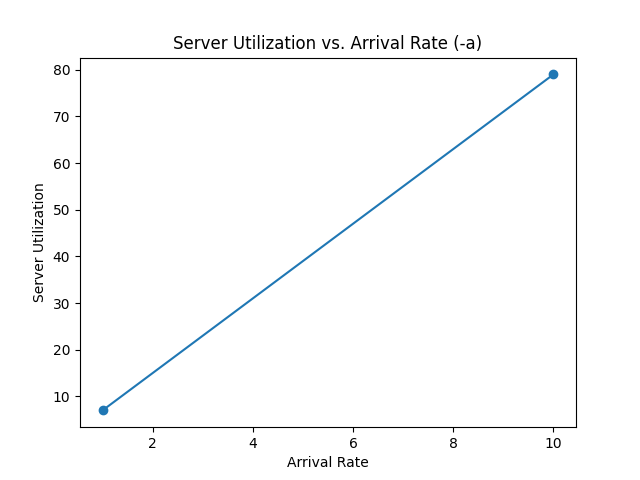
Repository: kingsoneight/CS350-Computer-System
Script's output: python hw1/eval2d.py
These files come from the project's save history. The script's output is drawn as it stood at one moment and after the next save; the edit follows.
Random numbers start from a fixed seed.

Above is the script's output before, as saved 2023-09-21 03:11:50.

After the next save:
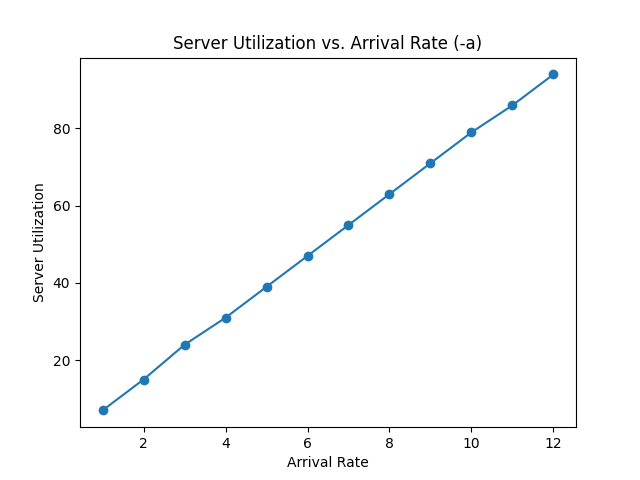
Saved 14 h 5 min later.
--- a/hw1/eval2d.py
+++ b/hw1/eval2d.py
@@ -3,8 +3,8 @@ import matplotlib.pyplot as plt
 
 a_values = list(range(1, 13))
 
-a_parameters = [1,10]
-server_utilization = [7,79,]
+a_parameters = [1,2,3,4,5,6,7,8,9,10,11,12]
+server_utilization = [7,15,24,31,39,47,55,63,71,79,86,94]
 
 
 
